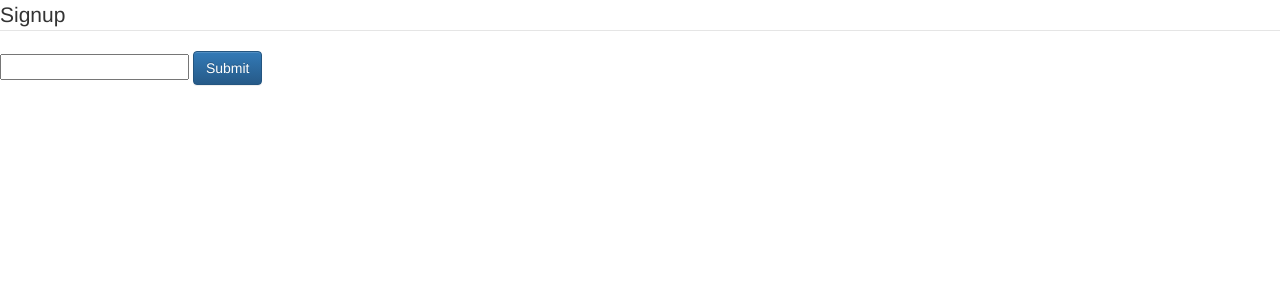
Repository: tkavukat/my-repo
Page: signup.html
The author's editor kept a record of every edit. The page is drawn from the files as they stood at one moment, then again after the next edit.
The browser window is 1280 px wide. The pictures show the whole page.
Some web libraries are served in a nearby version.

Above is the page before.

After the next edit:
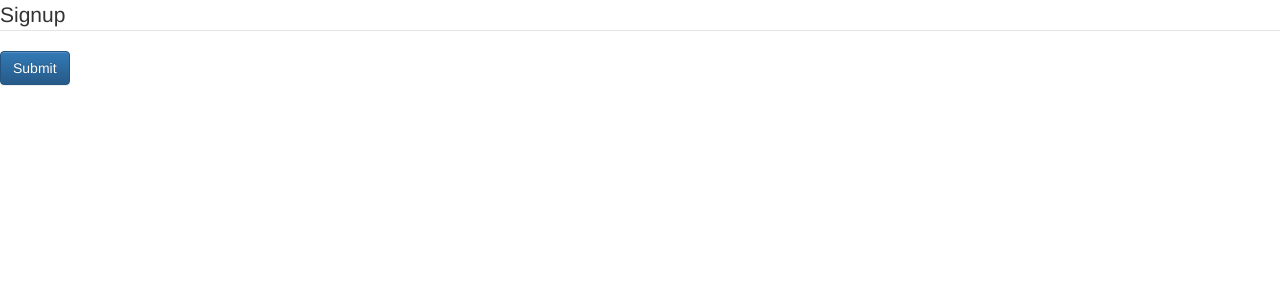
The edit:
--- a/signup.html
+++ b/signup.html
@@ -22,7 +22,7 @@
 
                     </div>
                 </div>
-                <input type="text" name="name" ng-model="signup.name" ng-minlength="3" ng-maxlength="10" required />
+
                 <input type="submit" value="Submit" class="btn btn-primary" />
             </fieldset>
         </form>
